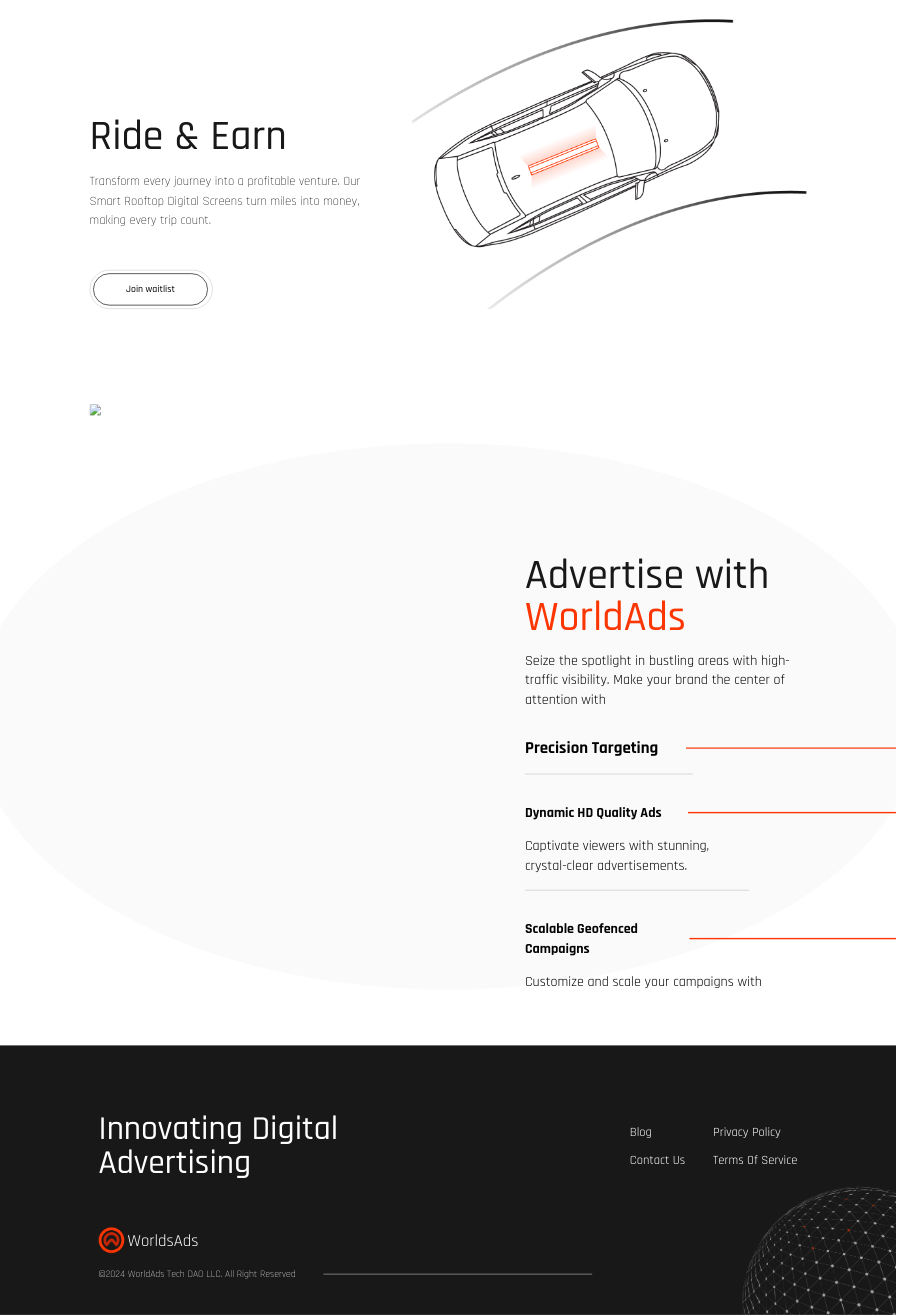
Repository: Abdul-Hannan232/worldAds
Page: /
The author's editor kept a copy of each file at every save. The page is drawn from the files as they stood at one save, then again after the next save.
The browser window is 1280 px wide. The page is 1283 px wide, so the pictures cover 1283 px, including what lies to the right of the window. The pictures show the part of the page from y = 2099 to 3979 px (the page is 3979 px tall), at 70% of full size.
An inner scrolling area shows only its first screen. The project was rebuilt for these pictures with package versions that can differ from the ones it lists, and the page was loaded fresh each time. The framework's server and built-in components were replaced by stand-ins that run in the browser. Also part of the build but not shown: next.config.mjs, app/component/NavContent.jsx.

Above is the page before, as saved 2024-05-09 20:27:51.

### app/page.tsx
import Image from "next/image";
import Header from "./component/Header"
import Main from "./component/Main";
import NavContent from "./component/NavContent";
import Advertise from "./component/advertise"
import Footer from "./component/footer"
import NodeOperator  from "./component/nodeOperator"
import RideEarn from "./component/rideEarn"
export default function Home() {
  return (
    <>
      <div>
        <Header />
        <Main />

        <NodeOperator/>
     <RideEarn/>
      <Advertise/>
      <Footer/>
      </div>
    </>
  );
}

### app/globals.css
@import url('https://fonts.googleapis.com/css2?family=Exo+2:ital,wght@0,100..900;1,100..900&family=Rajdhani:wght@300;400;500;600;700&display=swap');

@tailwind base;
@tailwind components;
@tailwind utilities;
html{
  scroll-behavior: smooth;
}
*{
  font-family: "Rajdhani", sans-serif;
  font-weight: 400;
  font-style: normal;
}
.background{
  background-image: url("/background.png");
  background-position: center;
  background-repeat: no-repeat;
  background-size: cover;

}
:root {
  --foreground-rgb: 0, 0, 0;
  --background-start-rgb: 214, 219, 220;
  --background-end-rgb: 255, 255, 255;
}

@media (prefers-color-scheme: dark) {
  :root {
    --foreground-rgb: 255, 255, 255;
    --background-start-rgb: 0, 0, 0;
    --background-end-rgb: 0, 0, 0;
  }
}

/* body {
  color: rgb(var(--foreground-rgb));
  background: linear-gradient(
      to bottom,
      transparent,
      rgb(var(--background-end-rgb))
    )
    rgb(var(--background-start-rgb));
} */

@layer utilities {
  .text-balance {
    text-wrap: balance;
  }
}

@font-face {
  font-family: 'font1';
  src: url('/assets/fonts/conthrax-sb.otf');
}

.font1{
  font-family: "font1" !important;
}

*{
  box-sizing: border-box !important
}

.gradient-color{
  background: radial-gradient(50% 50% at 50% 50%, #FC3603 11%, #BF2506 100%) !important;

}

### app/component/Header.jsx
"use client"
import React, { useState, useEffect } from 'react';
import NavContent from './NavContent';
import { RxCross2 } from "react-icons/rx";

const Header = () => {
    const [isDrawerOpen, setIsDrawerOpen] = useState(false);
    const [isHeaderFixed, setIsHeaderFixed] = useState(false);
    const [open, setOpen] = useState(false);

    const handleDrawerToggle = () => {
        setIsDrawerOpen(!isDrawerOpen);
        console.log('Drawer open state:', isDrawerOpen);
    };

    const dropDownOpen = () => {
        setOpen(!open);
    }

    useEffect(() => {
        const handleScroll = () => {
            const scrollPosition = window.scrollY;

            if (scrollPosition > 10) {
                setIsHeaderFixed(true);
            } else {
                setIsHeaderFixed(false);
            }
        };

        window.addEventListener('scroll', handleScroll);

        return () => {
            window.removeEventListener('scroll', handleScroll);
        };
    }, []);

    const scrollToSection = (sectionId) => {
        const section = document.getElementById(sectionId);
        if (section) {
            const topOffset = section.offsetTop;
            const windowHeight = window.innerHeight;
            const scrollTo = topOffset - (windowHeight / 2 - section.offsetHeight / 2);
            window.scrollTo({ top: scrollTo, behavior: 'smooth' });
        }
    };

    return (
        <div className={`fixed w-full z-40 ${isHeaderFixed ? 'bg-red-600 py-5 lg:p-5' : 'bg-transparent py-10 lg:p-10'}`}>
            <div className="relative w-[85%] mx-auto flex justify-between items-center bg-transparent">
                <img src="./assets/images/logo.png" alt="Logo" className="lg:w-52 lg:h-12 w-36 h-8" />

                <button
                    className="bg-[#FFFFFF1A] border-2 border-white lg:px-6 lg:py-3 px-3 py-1 hover:border rounded-[100px]"
                    type="button"
                    onClick={dropDownOpen}
                >
                    {open && (
                        <div className="absolute top-0 right-0 border-2 bg-red-600 border-white rounded-full p-2">
                            <ul className="px-5 flex items-center space-x-5 text-lg text-white justify-between">
                                <li><a href="#">About</a></li>
                                <li><a href="#nodeOperator" onClick={() => scrollToSection('nodeOperator')}>Node Operators</a></li>
                                <li><a href="#ride">Ride & Earn</a></li>
                                <li><a href="#advertise">Advertise With WorldAds</a></li>
                                <li><RxCross2 className="text-2xl font-bold" /></li>
                            </ul>
                        </div>
                    )}

                    <img src="./assets/images/bars.svg" alt="Menu" className="w-6" />
                </button>
            </div>
        </div>
    );
};

export default Header;

### app/component/Main.jsx
import React from 'react'

const Main = () => {
    return (
        <>
            <div className='gradient-color h-[700px] w-full rounded-b-[60px] lg:pt-40 pt-24 px-5  sm:px-16 pb-14 relative  '>
                <div className="lg:w-[90%] w-[95%] mx-auto">


                    <div className="lg:flex lg:items-center justify-between ">

                        <div className="my-4">
                            <h1 className="lg:text-5xl text-2xl  lg:w-[650px] lg:text-start text-center text-white font1 ">Empowering Connections Through Digital Out-of-Home Advertising</h1>



                        </div>

                        <div className='my-4'>

                            <p className='text-white text-left font-light lg:text-sm text-xs lg:text-start text-center lg:w-[300px]'>At Worldads, weare revolutionizing location-based advertising by harnessing the power of smart rooftop digital screens. Our innovative platform delivers programmatic advertisements that are not only precise but also captivating, tailored to the vehicles exact location and time.</p>
                        </div>
                    </div>

                    <div class="relative lg:w-[550px]  rounded-[100px] mt-10">

                        <input type="text" id="default-search" className="block w-full lg:p-5 p-3  -10 lg:text-sm text-xs text-gray-900 bg-[#FFFFFF1A] border border-white focus:ring-white focus:border-white rounded-[100px] placeholder:text-[#FFFFFF80] " placeholder="Enter your email address" required />
                        <button type="submit" className=" absolute end-1 top-1 font-bold bg-white hover:bg-white-800 focus:ring-4 font-bold focus:outline-none focus:ring-none font-medium rounded-[100px] lg:text-sm text-xs lg:px-8 px-5 lg:py-4 py-2">Join waitlist</button>
                    </div>

                 <div className='relative'>

                    <div className="flex items-center gap-3 lg:mt-40 mt-5 lg:justify-start justify-center ">
                            <img src="./assets/images/discord.png" />
                            <div>
                                <p className="text-white text-sm">Stay updated.</p>
                                <p className="text-white font-bold text-sm">Join our discord community</p>
                            </div>
                        </div>
                        <img src="./assets/images/Vector(Black).png" className="text-white absolute  lg:-top-52 right-0 top-14" />

                    </div>
                </div>
            </div>
        </>
    )
}

export default Main

### app/component/advertise.jsx
"use client"
import Image from "next/image";
import { useState } from "react";
export default function Advertise() {
  const [precision, setPrecision] = useState(false)
  const precisionOpen = () => {
    setPrecision(!precision)
  }

  return (
    <div className="">
      <div id="advertise" className="xl:pl-32 2xl:pl-40   lg:flex lg:mt-48 mt-32 w-full background gap-24">
        <div className="-mt-14">
          <Image src="" alt="image" width={226} height={426} className="lg:w-[526px] lg:h-[726px] 2xl:w-[650px] 2xl:h-[926px]  lg:mx-0 mx-auto" />
        </div>
        <div className="lg:w-[60%] w-[90%]  lg:mx-0 mx-auto lg:mt-40 mt-10">
          <h1 className="xl:text-6xl text-5xl 2xl:text-8xl lg:text-start text-center font-medium text-[#181818]">Advertise with</h1>
          <h1 className="xl:text-6xl text-5xl 2xl:text-8xl lg:text-start text-center font-medium text-[#FC3603]">WorldAds</h1>
          <p className="xl:text-xl lg:text-lg text-sm 2xl:text-2xl lg:w-[400px] 2xl:w-[600px] mt-4 lg:text-start text-center text-[#030303]">Seize the spotlight in bustling areas with high-traffic visibility. Make your brand the center of attention with</p>
          <div className="h-[400px] overflow-scroll ">
            <div className="flex items-center lg:justify-start justify-center w-full gap-5  mt-10">
              <h1 onClick={precisionOpen} className={`${precision?"xl:text-3xl text-[#7E7E7E33]":"xl:text-2xl text-[#030303]"}lg:text-2xl lg:text-start text-center  text-2xl 2xl:text-6xl xl:w-[70%] lg:w-[60%]  2xl:w-[90%] font-bold `}>Precision Targeting</h1>
              <hr className="border w-full lg:block hidden  border-[#FC3603]" />
            </div>
            {precision && (
              <p className="lg:text-xl text-sm 2xl:text-2xl lg:w-80 lg:text-start w-40 lg:mx-0 mx-auto text-center mt-5"> Reach your ideal audience at the right time and place.</p>

            )}
            <hr className="border lg:border-[#7E7E7E33]  border-[#FC3603] lg:w-60 w-60 lg:mx-0 mx-auto my-5" />
            <div className="flex items-center lg:justify-start justify-center gap-5 w-full mt-10">
              <h1 className="xl:text-xl lg:text-2xl  text-2xl  2xl:text-6xl font-bold lg:text-start text-center  xl:w-[50%] lg:w-[45%] 2xl:w-[60%] text-[#030303]">Dynamic HD Quality Ads</h1>
              <hr className="border  w-[370px] lg:block hidden 2xl:w-[400px] border-[#FC3603]" />
            </div>
            <p className="lg:text-xl text-sm 2xl:text-2xl lg:w-80 w-52 lg:mx-0 mx-auto  lg:text-start text-center mt-5">Captivate viewers with stunning, crystal-clear advertisements.</p>
            <hr className="border lg:border-[#7E7E7E33]  border-[#FC3603] lg:w-80 w-60 lg:mx-0 mx-auto my-5" />
            <div className="flex items-center lg:justify-start justify-center w-full mt-10">
              <h1 className="xl:text-xl lg:text-3xl  text-2xl  2xl:text-6xl font-bold lg:text-start text-center  xl:w-[80%] lg:w-[60%] 2xl:w-full text-[#030303]">Scalable Geofenced Campaigns</h1>
              <hr className="border  w-full lg:block hidden border-[#FC3603]" />
            </div>
            <p className="lg:text-xl text-sm 2xl:text-2xl  lg:text-start text-center  w-40 lg:mx-0 mx-auto   lg:w-96 mt-5">  Customize and scale your campaigns with precision.</p>
            <hr className="border lg:border-[#7E7E7E33]  border-[#FC3603] lg:w-80 w-60 lg:mx-0 mx-auto my-5" />
            <div className="border border-gray-300 xl:mt-14 mt-10 rounded-full lg:mx-0 mx-auto  xl:w-44 w-36 ">
              <button className="text-center text-sm border xl:p-3 md:p-3 p-2 rounded-full  xl:w-[164px] w-[133px] font-medium m-1 border-[#181818]">Join waitlist</button>
            </div>
          </div>
        </div>

      </div>
    </div>
  )
}

### app/component/footer.jsx
import Image from "next/image"
export default function Footer() {
    return (
        <div className="bg-[#181818] ] w-full mt-20 lg:py-12 pt-12 lg:p-4">
            <div className="lg:w-[80%] w-[90%] lg:flex items-center justify-between mx-auto py-12" >
                <div>
                    <h1 className="lg:text-5xl text-3xl  lg:w-[500px] w-[250px] lg:mx-0 mx-auto font-medium lg:text-start text-center text-white">Innovating Digital Advertising</h1>
                </div>
                <div className="lg:flex text-white lg:mt-0 mt-10 items-center gap-10">
                    <div>
                        <ul className="text-lg lg:text-start text-center space-y-3">
                            <li>Blog</li>
                            <li>Contact Us</li>
                        </ul>
                    </div>
                    <div>
                        <ul className="text-lg lg:mt-0 mt-3 lg:text-start text-center space-y-3">
                            <li>Privacy Policy</li>
                            <li>Terms Of Service</li>
                        </ul>
                    </div>
                </div>
            </div>
            <div className="text-white relative mx-auto mt-5 lg:w-[80%]">
                <div className="flex items-center gap-1 w-40 lg:w-[80%] lg:mx-0 mx-auto">
                    <Image src="/Group.png" alt="logo" width={37.49} height={37.49}  className="lo "/>
                    <h1 className="text-2xl font-meidum">WorldsAds</h1>
                </div>
                <div className="flex items-center lg:justify-start w-[90%] lg:mx-0 mx-auto lg:w-[80%] justify-center mt-5 gap-10">
                    <p className="lg:text-sm text-[12px] lg:text-start text-center  font-light ">©2024 WorldAds Tech DAO LLC. All Right Reserved </p>
                    <hr className="border lg:block hidden border-[#707070] w-96" />
                </div>
                <Image src="/FooterImage.png" alt="vector" width={231.11} height={231.11} className="absolute lg:-top-16 lg:block hidden z-20 lg:-right-36 "/>
                <Image src="/FooterImage (1).png" alt="vector" width={551.11} height={451.11} className=" lg:hidden block mt-10 "/>

            </div>
        </div>
    )
}

### app/component/nodeOperator.jsx
import React from 'react'
import Image from 'next/image'
const nodeOperator = () => {
    return (
        <>
            <div id="nodeOperator" className="lg:flex w-[80%] mt-80 h-screen mx-auto items-end justify-between">
                <div >
                    <Image src="/Group 1.png" alt="Image" width={203} height={207} className="lg:w-[493px] lg:h-[497px] lg:mx-0 mx-auto " />
                </div>
                <div  className="xl:w-[500px]  md:w-[400px] lg:mt-0 mt-10 lg:mx-0 mx-auto">
                    <h1 className="xl:text-6xl md:text-5xl text-3xl font-medium lg:text-start text-center text-[#181818]">Node operators</h1>
                    <p className="xl:text-xl lg:text-sm text-md font-light lg:w-auto md:w-80  lg:text-sm md:text-md text-xs  lg:mx-0 mx-auto text-[#030303] lg:text-start text-center mt-5">Become a cornerstone of digital advertising. Own a smart digital screen and start earning as advertisers choose your prime ad slots.</p>
                    <div className="border border-gray-300 xl:mt-14 mt-10 rounded-full lg:mx-0 mx-auto  xl:w-44 w-36 ">
                        <button className="text-center text-sm border xl:p-3 md:p-3 p-2 rounded-full  xl:w-[164px] w-[133px] font-medium m-1 border-[#181818]">Join waitlist</button>
                    </div>
                </div>
            </div>


            </>
  )
}

export default nodeOperator

### app/component/rideEarn.jsx
import React from 'react'
import Image from "next/image";

const rideEarn = () => {
  return (
    <div>
         <div id="ride"className="flex lg:flex-row flex-col-reverse h-screen w-[80%] mt-20 mx-auto items-end justify-between">
          <div className="xl:w-[410px] md:w-[400px] lg:mt-0 mt-10 lg:mx-0 mx-auto">
            <h1 className="xl:text-6xl md:text-5xl text-3xl font-medium lg:text-start text-center text-[#181818]">Ride & Earn</h1>
            <p className="xl:text-lg lg:w-auto md:w-80  lg:text-sm md:text-md text-xs font-light lg:w-auto  lg:mx-0 mx-auto text-[#030303] lg:text-start text-center mt-5">Transform every journey into a profitable venture. Our Smart Rooftop Digital Screens turn miles into money, making every trip count.</p>
            <div className="border border-gray-300 xl:mt-14 mt-10 rounded-full lg:mx-0 mx-auto  xl:w-44 w-36 ">
              <button className="text-center text-sm border xl:p-3 md:p-3 p-2 rounded-full  xl:w-[164px] w-[133px] font-medium m-1 border-[#181818]">Join waitlist</button>
            </div>
          </div>
          <div >
            <Image src="/GroupCroped.png" alt="Image" width={453} height={357} className="lg:w-[563.48px] lg:h-[450.27px] lg:mx-0 mx-auto " />
          </div>
        </div>
    </div>
  )
}

export default rideEarn

Loaded but not shown: app/layout.tsx (common file); tailwind.config.ts (common file)

After the next save:
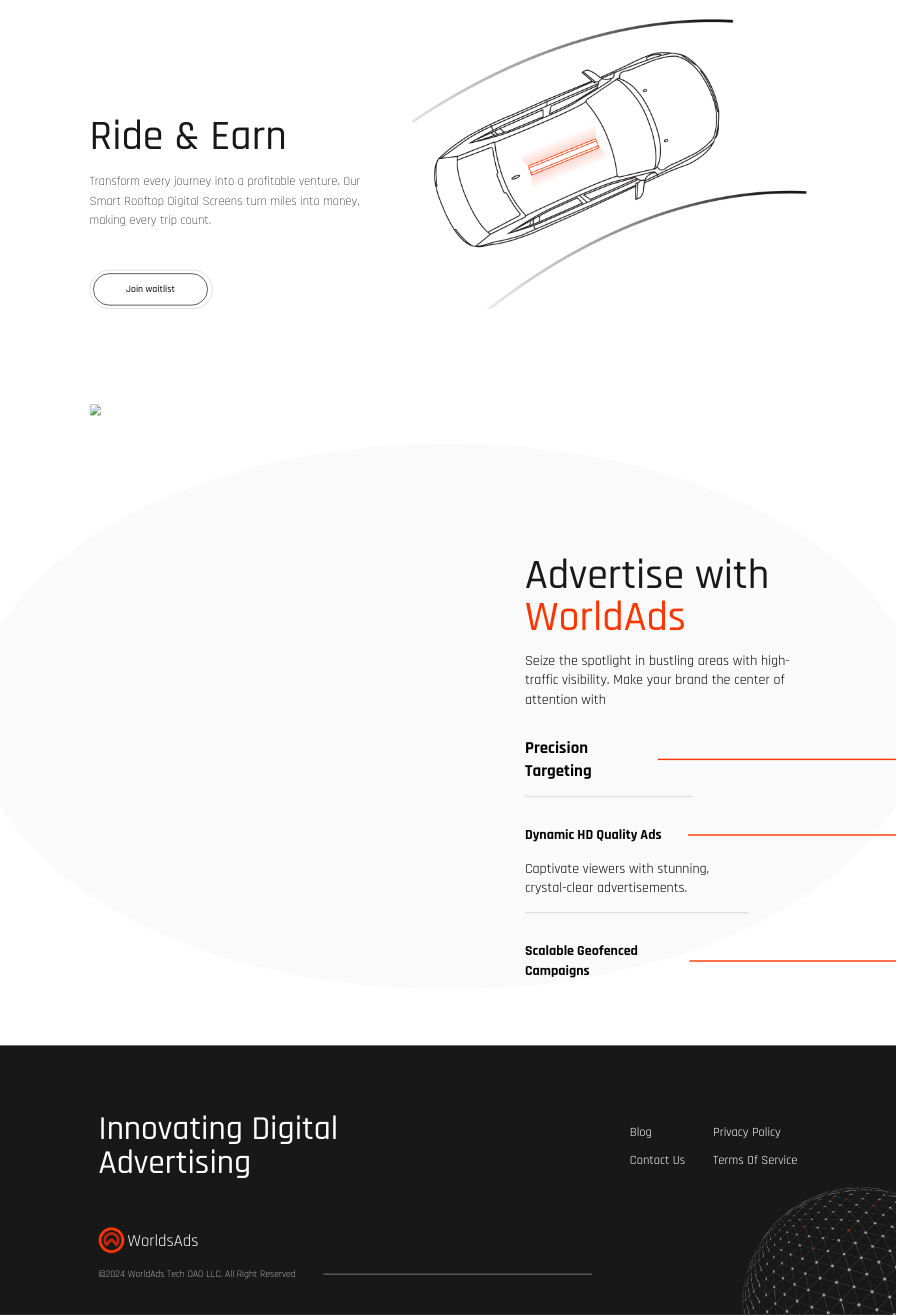
Saved 25 s later.
--- a/app/component/advertise.jsx
+++ b/app/component/advertise.jsx
@@ -19,7 +19,7 @@
           <p className="xl:text-xl lg:text-lg text-sm 2xl:text-2xl lg:w-[400px] 2xl:w-[600px] mt-4 lg:text-start text-center text-[#030303]">Seize the spotlight in bustling areas with high-traffic visibility. Make your brand the center of attention with</p>
           <div className="h-[400px] overflow-scroll ">
             <div className="flex items-center lg:justify-start justify-center w-full gap-5  mt-10">
-              <h1 onClick={precisionOpen} className={`${precision?"xl:text-3xl text-[#7E7E7E33]":"xl:text-2xl text-[#030303]"}lg:text-2xl lg:text-start text-center  text-2xl 2xl:text-6xl xl:w-[70%] lg:w-[60%]  2xl:w-[90%] font-bold `}>Precision Targeting</h1>
+              <h1 onClick={precisionOpen} className={`${precision?"xl:text-3xl text-[#7E7E7E33]":"xl:text-2xl text-[#030303]"}lg:text-2xl lg:text-start text-center  text-2xl 2xl:text-6xl xl:w-[50%] lg:w-[60%]  2xl:w-[90%] font-bold `}>Precision Targeting</h1>
               <hr className="border w-full lg:block hidden  border-[#FC3603]" />
             </div>
             {precision && (

After the 3 saves that followed:
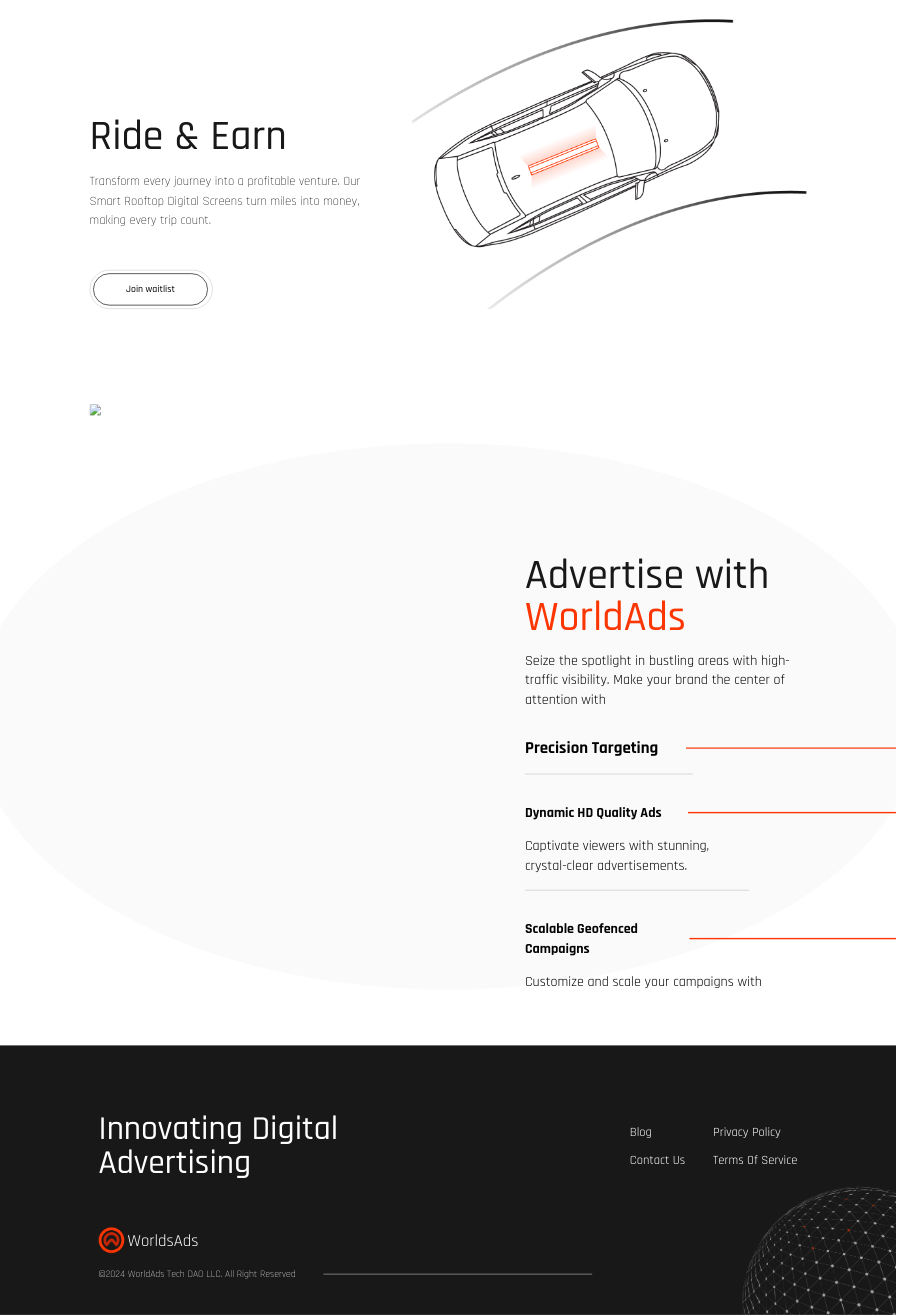
The 3 saves are shown as one change because they came seconds apart.
The last was saved 7 s later.
--- a/app/component/advertise.jsx
+++ b/app/component/advertise.jsx
@@ -19,7 +19,7 @@
           <p className="xl:text-xl lg:text-lg text-sm 2xl:text-2xl lg:w-[400px] 2xl:w-[600px] mt-4 lg:text-start text-center text-[#030303]">Seize the spotlight in bustling areas with high-traffic visibility. Make your brand the center of attention with</p>
           <div className="h-[400px] overflow-scroll ">
             <div className="flex items-center lg:justify-start justify-center w-full gap-5  mt-10">
-              <h1 onClick={precisionOpen} className={`${precision?"xl:text-3xl text-[#7E7E7E33]":"xl:text-2xl text-[#030303]"}lg:text-2xl lg:text-start text-center  text-2xl 2xl:text-6xl xl:w-[50%] lg:w-[60%]  2xl:w-[90%] font-bold `}>Precision Targeting</h1>
+              <h1 onClick={precisionOpen} className={`${precision?"xl:text-3xl text-[#7E7E7E33]":"xl:text-2xl text-[#030303]"}lg:text-2xl lg:text-start text-center  text-2xl 2xl:text-6xl xl:w-[70%] lg:w-[60%]  2xl:w-[90%] font-bold `}>Precision Targeting</h1>
               <hr className="border w-full lg:block hidden  border-[#FC3603]" />
             </div>
             {precision && (
